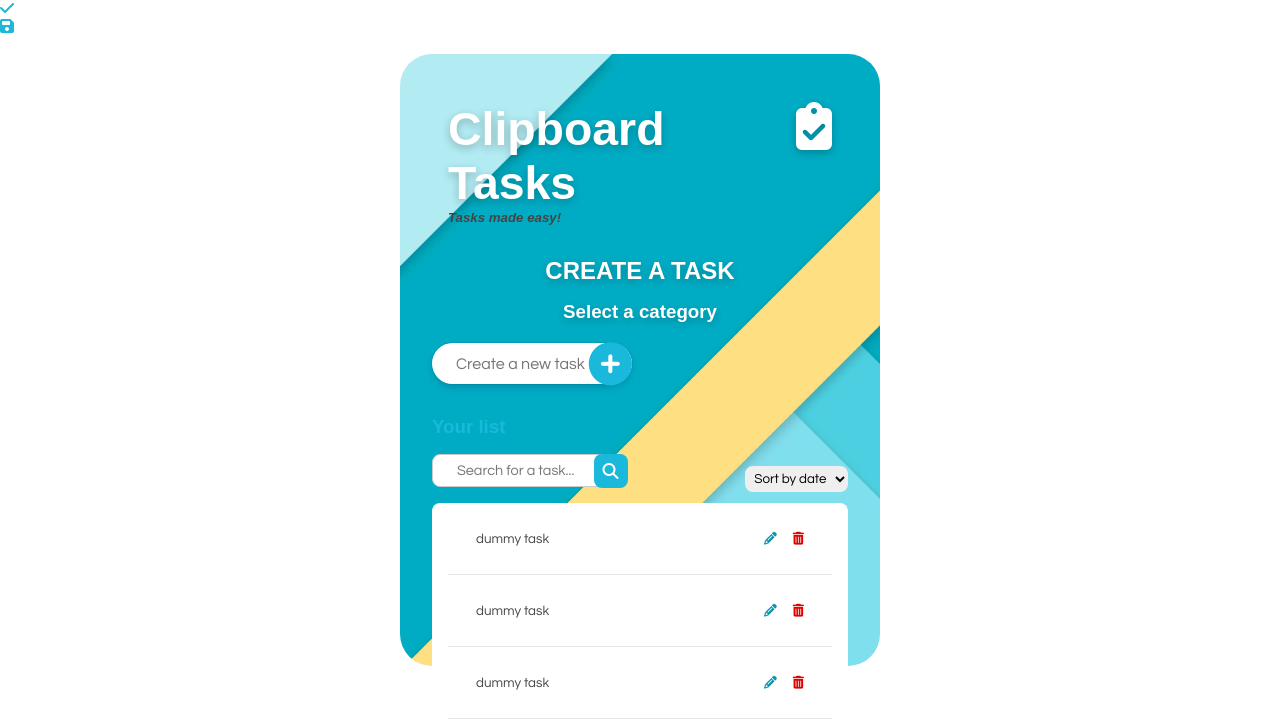
Repository: WesleyErasmus/Todo-App
Page: todoApp.html
An editor plug-in stored every save of this project. The page is shown before and after the next save, followed by the edit.
The browser window is 1280 px wide. The pictures show the whole page.
Some web fonts or font styles are not loaded; a fallback is used. Some web libraries are served in a nearby version.

Above is the page before, as saved 2022-06-12 16:31:12.

### todoApp.html
<!DOCTYPE html>
<html lang="en">
<head>
    <meta charset="UTF-8">
    <meta http-equiv="X-UA-Compatible" content="IE=edge">
    <meta name="viewport" content="width=device-width, initial-scale=1.0">
    <title>Todo App</title>
    <script src="https://kit.fontawesome.com/81ea498f91.js" crossorigin="anonymous"></script>
    <link rel="stylesheet" href="/source/css/todoApp.css">
    <script src="/source/script/todoApp.js" defer></script>
</head>
<body>
    <!-- App wrapper -->
    <main class="app-wrapper">
        <!-- App header -->
        <header>
            <div>
            <h1 class="slogan">Clipboard Tasks</h1>
            <h5 class="slogan-2"><em>Tasks made easy!</em></h5>
            </div>
            <div id="jumbotron-logo"><i class="fa-solid fa-clipboard-check fa-3x"></i></div>
        </header>

        <h2 id="create-task-heading">CREATE A TASK</h2>

        <!-- Categories section -->
        <section>
        <form id="todo-list-form">
            <h3 class="category-heading">Select a category</h3>

            <div class="new-categories">



            </div>

            <div class="category-selectors">
                <!-- Personal category (make to assign as default, unless user selects work category) -->
                <!-- <label id="personal-label-btn">
                    <input type="radio" name="category" value="Personal" id="personal-category" />
                    <div>Personal</div>
                </label> -->
                <!-- Work category -->
                <!-- <label id="work-label-btn">
                    <input type="radio" name="category" value="Work" id="work-category" />
                    <div>Work</div>
                </label>
            </div> -->
            <!-- End of radio categories div -->
            <div class="create-submit">
            <input type="text" name="create-task" id="create-task" placeholder="Create a new task" />
            <button id="task-submit-btn" type="submit" value="create-new-task">
                <i class="fa-solid fa-circle-plus"></i>
            </button>
        </div>
        </form>
        </section>

        <!-- Task list is created here, new tasks are outputted below -->
        <section class="todo-list-output">
            <div id="list-header">
            <h3>Your list</h3>
            </div>
            <!-- SEARCH BAR -->
            <div id="search-filter-section">
                <form id="search-bar">
                <input type="text"
                id="search-bar"
                placeholder="Search for a task...">
                <button type="submit"><i class="fa fa-search"
                id="search-submit-btn"></i></button>
                </form>
                <!-- Classic filter dropdown -->
                <div>
                    <select name="filter" id="filter">
                    <option value="Date">Sort by date</option>
                    <option value="Name">Sort by title</option>
                    </select>
                    <!-- <i class="fa-solid fa-arrow-down-wide-short"></i> -->
                </div>

                </div>
            <!-- Actual task list output -->
            <div class="tasks" id="tasks">

                <div class="dummy-task">

                    <div class="task-name">
                        <input type="text"
                        class="text"
                        value="dummy task"
                        readonly>
                        <div class="edit-delete">
                            <button class="edit"><i class="fa-solid fa-pencil"></i></button>
                            <button class="delete"><i class="fa fa-trash" aria-hidden="true"></i></button>
                        </div>
                    </div>
                </div>

                <div class="dummy-task">

                    <div class="task-name">
                        <input type="text"
                        class="text"
                        value="dummy task"
                        readonly>
                        <div class="edit-delete">
                            <button class="edit"><i class="fa-solid fa-pencil"></i></button>
                            <button class="delete"><i class="fa fa-trash" aria-hidden="true"></i></button>
                        </div>
                    </div>
                </div>

                <div class="dummy-task">

                    <div class="task-name">
                        <input type="text"
                        class="text"
                        value="dummy task"
                        readonly>
                        <div class="edit-delete">
                            <button class="edit"><i class="fa-solid fa-pencil"></i></button>
                            <button class="delete"><i class="fa fa-trash" aria-hidden="true"></i></button>
                        </div>
                    </div>
                </div>

            </div>

        </section>

    </main> <!-- End of App wrapper -->
        <!-- Save icon and task complete icon -->
                <li><i class="fa-solid fa-check"></i></li>
                <li><i class="fa-solid fa-floppy-disk"></i></li>

</body>
</html>

### source/css/todoApp.css
@import url('https://fonts.googleapis.com/css2?family=Lexend+Tera:wght@100&family=Questrial&display=swap');


/* CSS Variables */
:root {
    --background-color: #fff;
    --primary: #1AB8DB;
    --secondary: #1593AF;
    --delete: #E50000;
    --grey: #ccc9c9;
    --dark-grey: #444444;

    --text-shadows: text-shadow: rgba(0, 0, 0, 0.24) 0px 3px 8px;
    --box-shadows: box-shadow: rgba(9, 30, 66, 0.25) 0px 4px 8px -2px, rgba(9, 30, 66, 0.08) 0px 0px 0px 1px;

    /* add linear gradients */
}

/* Universal selector styling */
* {
    box-sizing: border-box;
    margin: 0;
    padding: 0;
    font-family: 'Lexend Tera', sans-serif;
    list-style: none;
}

/* Below will remove input and checkbox default styling */
input:not([type="radio"]):not([type="checkbox"]), button {
	appearance: none;
	border: none;
	outline: none;
	background: none;
	cursor: initial;
}

/* *** UNIVERSAL BUTTON STYLING *** */
button {
	appearance: none;
	border: none;
	outline: none;
	background: none;
	cursor: initial;
    cursor: pointer;
}

body {
    background-color: var(--background-color);
    color: var(--primary);
}

main {
    padding-top: 2rem;
    background-color: var(--secondary);
    background-image: url(/images/bg-1.jpg);
    background-size: cover;
    background-position: center;
    background-repeat: no-repeat;
    border-radius: 2rem;
    padding-left: 2rem;
    padding-right: 2rem;
    flex: 1 1 0%;
    align-items: center;
    justify-content: center;
    max-width: 480px;
    height: 85vh;
    width: 100%;
    position: absolute;
    top: 50%;
    left: 50%;
    margin-right: -50%;
    transform: translate(-50%, -50%)
}

section {
    margin-top: 1rem;
    margin-bottom: 2rem;
}

header {
    display: flex;
    justify-content: space-between;
    padding: 1rem;
    border-radius: 1rem;
    /* add gradient color to font and logo */
}
.slogan {
    color: #fff;
    font-family: 'Lexend Tera', sans-serif;
    font-size: 2.9rem;
    text-shadow: rgba(0, 0, 0, 0.24) 0px 3px 8px;
    /* -webkit-background-clip: text;
    -webkit-text-fill-color: transparent; */
}
.slogan-2 {
    color: #444444;
}

#jumbotron-logo {
    color: #fff;
    text-shadow: rgba(0, 0, 0, 0.24) 0px 3px 8px;
}
/* create task H3 styling*/
#create-task-heading {
    color: var(--background-color);
    margin-top: 1rem;
    text-align: center;
    text-shadow: rgba(0, 0, 0, 0.24) 0px 3px 8px;
}
/* Select category h2 styling */
.category-heading {
    color: var(--background-color);
    text-align: center;
    margin-bottom: 0.75rem;
    text-shadow: rgba(0, 0, 0, 0.24) 0px 3px 8px;
}

/* Work / personal category selector styling */
.category-selectors {
    display: grid;
    grid-template-columns: repeat(2, 1fr);
    grid-gap: 1rem;
    margin-bottom: 1rem;
}

label {
    font-family: 'Karla', sans-serif;
    font-weight: 590;
}

.category-selectors label{
    display: flex;
    flex-direction: column;
    justify-content: center;
    align-items: center;
    background-color: var(--primary);
    padding: 1rem 2rem;
    border-radius: 999999px;
    color: #fff;
    box-shadow: var(--box-shadows);
}

/* change the below id to #work-category-btn */
#work-label-btn {
    font-family: 'Karla', sans-serif;
    background-color: var(--grey);
}

#create-task {
    font-family: 'Questrial', sans-serif;
	display: block;
	width: 100%;
	font-size: 1rem;
	padding: 0.79rem 1.5rem;
    padding-right: 0rem;
	color: var(--dark-grey);
	background-color: var(--background-color);
    box-shadow: rgba(9, 30, 66, 0.25) 0px 4px 8px -2px, rgba(9, 30, 66, 0.08) 0px 0px 0px 1px;
    border-radius: 9999px;

}

/* change to task add btn */
#task-submit-btn{
    position: absolute;
    display: block;
    right: 0rem;
    bottom: -0.5px;
    border: none;
    background-color: transparent;
    color: var(--primary);
}

.fa-circle-plus {
    font-size: 2.7rem;
}

/* add gradient color to fa-logo */

.create-submit {
    position: relative;
    display: flex;
    justify-content: center;
    align-items: center;
    text-align: center;
    margin-top: 0.5rem;
}

.create-task {
    text-align: center;
}

#list-header {
width: 80%;
display: flex;
justify-content: space-between;
margin-bottom: 1rem;
}

#search-filter-section {
    display: flex;
    margin: 0 auto;
    justify-content: space-between;
    margin-top: 1rem;
    text-align: center;
    align-items: center;
}

#search-bar {
    position: relative;
    display: flex;
    justify-content: center;
    align-items: center;
    width: 47%;
}

#search-bar input{
    font-family: 'Questrial', sans-serif;
	display: block;
	width: 100%;
	font-size: 0.9rem;
	padding: 0.50rem 1.5rem;
    padding-right: 0rem;
	color: var(--dark-grey);
	background-color: var(--background-color);
    border: 0.1px solid var(--grey);
    border-radius: 0.5rem;
    margin-bottom: 1rem;
}

#search-submit-btn {
    position: absolute;
    display: block;
    right: 0rem;
    top: 0;
    background-color: var(--primary);
    border-top-left-radius: 0.5rem;
    border-bottom-left-radius: 0.5rem;
    border-top-right-radius: 0.5rem;
    border-bottom-right-radius: 0.5rem;
    padding: 0.56rem;
    color: #fff;
}

/* Font-awesome search icon styling */
.fa-search {
    font-size: 1rem;
    color: var(--primary);
}

/* Filter styling */
.filter {
    font-family: 'Questrial', sans-serif;
    font-size: 1.1rem;
    font-weight: 500;
    color: var(--secondary);
    text-shadow: var(--text-shadows);
}

.fa-arrow-down-wide-short {
    color: var(--primary);
}

select {
    margin-left: 0.3rem;
    padding: 0.3rem;
    border: none;
    outline: 0;
    /* border: 1px var(--grey) solid; */
    border-radius: 0.5rem;
    font-family: 'Questrial', sans-serif;
    box-shadow: var(--box-shadows);
}
option {
    font-family: 'Questrial', sans-serif;
}

#tasks {
    border-radius: 0.5rem;
    background-color: #fff;
}

#tasks .task-name {
    display: flex;
    justify-content: space-between;
    background-color: var(--background-color);
    padding: 1.75rem;
    background-color: #fff;
    margin-bottom: 0rem;
    margin: 0 1rem;
    border-bottom: 0.01px solid rgba(229, 225, 225, 0.919);
}

.dummy-task .task-name {
    flex: 1 1 0%;
}

.dummy-task .task-name .text {
    color: var(--dark-grey);
    font-family: 'Questrial', sans-serif;
    width: 100%;
    display: block;
    transition: 0.4s;
}

.dummy-task .edit-delete {
    display: flex;
    margin: 0 -0.5rem;

}

/* Edit button styling */

.fa-pencil {
    color: var(--secondary);
}

.fa-trash {
    color: var(--delete);
}

.dummy-task .edit-delete button {
    cursor: pointer;
    margin: 0 0.5rem;
    font-size: 0.8rem;
    font-weight: 700;
    text-transform: uppercase;
    transition: 0.4s;
}



/* SMILEY TOGGLE */

@import url('https://fonts.googleapis.com/css?family=Roboto:700,900');

/* $ratingGreyColor: #d0cccd;
$ratingBlueColor: #00b9ee;
$ratingDarkColor: #555e63; */

.normal-container {
	position: absolute;
	height: 100%;
	width: 100%;
}

.smile-rating-container {
	position: relative;
	height: 10%;
	min-width: 220px;
	max-width: 520px;
	margin: auto;
	font-family: 'Roboto', sans-serif;
	top: 20%;
}

.submit-rating {
	display: flex;
	align-items: center;
	justify-content: center;
}
.rating-label {
	position: relative;
	font-size: 1.6em;
	text-align: center;
	flex: 0.34;
	z-index: 3;
	font-weight: bold;
	cursor: pointer;
	transition: 500ms;
}
.rating-label-fun {
	left: -58px;
	text-align: right;
}
.rating-label-meh {
	left: 58px;
	text-align: left;
	color: #222;
}
.smile-rating-container input {
	display: none;
}

.toggle-rating-pill {
	position: relative;
	height: 65px;
	width: 165px;
	border-radius: 500px;
	transition: all 500ms;
}

.smile-rating-toggle {
	position: absolute;
	width: 54px;
	height: 54px;
	background-color: white;
	left: 182px;
	border-radius: 500px;
	transition: all 500ms;
	z-index: 4;
}
.rating-eye {
	position: absolute;
	height: 12px;
	width: 8px;
	top: 22px;
	background: $ratingGreyColor;
	border-radius: 500px;
	z-index: 5;
	transition: all 440ms;
	animation: blink-eye 3s infinite;
}
.rating-eye-left {
	left: 192px;
}
.rating-eye-right {
	left: 216px;
}

.mouth {
	position: absolute;
	width: 28px;
	height: 20px;
	z-index: 6;
	border-radius: 10%;
	border-bottom-color: rgba(1,1,1,0);
	border-right-color: rgba(1,1,1,0);
	border-left-color: rgba(1,1,1,0);
	top: 42px;
	left: 190px;
	transition: all 500ms;
}

/*
Toggle Changes
*/

#fun:checked~.mouth {
	border-bottom-color: rgba(1,1,1,0);
	border-right-color: rgba(1,1,1,0);
	border-left-color: rgba(1,1,1,0);
	top: 23px;
	left: 291px;
	transform: rotateX(180deg);
	border-radius: 100%;
}

#fun:checked~.rating-label-fun {
	color: $ratingDarkColor;
}
#fun:checked~.smile-rating-toggle {
	left: 282px;
}

#fun:checked~.rating-eye-left {
	left: 292px;
}
#fun:checked~.rating-eye-right {
	left: 316px;
}


@media only screen and (max-width:524px) {
	.normal-container {
		position: absolute;
		height: 100%;
		width: 100%;
	}
	.smile-rating-container {
		position: relative;
		height: 10%;
		width: 490px;
		margin: auto;
		font-family: 'Roboto', sans-serif;
		top: 20%;
	}

	.submit-rating {
		display: flex;
		align-items: center;
		justify-content: center;
	}
	.rating-label {
		position: relative;
		font-size: 1.6em;
		text-align: center;
		flex: 0.34;
		z-index: 3;
		font-weight: bold;
		cursor: pointer;
		color: $ratingGreyColor;
		transition: 500ms;
	}
	.rating-label:hover, .rating-label:active {
		color: $ratingGreyColor;
	}
	.rating-label-fun {
		left: -58px;
		text-align: right;
	}
	.rating-label-meh {
		left: 50px;
		text-align: left;
		color: #222;
	}
	.smile-rating-container input {
		display: none;
	}

	.smile-rating-toggle-container {

	}

	.toggle-rating-pill {
		position: relative;
		height: 65px;
		width: 165px;
		background: $ratingGreyColor;
		border-radius: 500px;
		transition: all 500ms;
	}

	.smile-rating-toggle {
		position: absolute;
		width: 54px;
		height: 54px;
		background-color: white;
		left: 168px;
		border-radius: 500px;
		transition: all 500ms;
		z-index: 4;
	}
	.rating-eye {
		position: absolute;
		height: 12px;
		width: 8px;
		background: $ratingGreyColor;
		border-radius: 500px;
		top: 22px;
		z-index: 5;
		transition: all 440ms;
	}
	.rating-eye-left {
		left: 180px;
	}
	.rating-eye-right {
		left: 201px;
	}

	.mouth {
		position: absolute;
		width: 28px;
		height: 20px;
		z-index: 6;
		border: 4px solid $ratingGreyColor;
		border-radius: 10%;
		border-bottom-color: rgba(1,1,1,0);
		border-right-color: rgba(1,1,1,0);
		border-left-color: rgba(1,1,1,0);
		top: 42px;
		left: 177px;
		transition: all 500ms;
	}

	/*
	Toggle Changes
	*/

	#meh:checked~.rating-label-meh {
		color: $ratingDarkColor;
	}
	#fun:checked~.rating-label-meh {
		color: $ratingGreyColor;
	}
	#fun:checked~.mouth {
		border: 4px solid $ratingBlueColor;
		border-bottom-color: rgba(1,1,1,0);
		border-right-color: rgba(1,1,1,0);
		border-left-color: rgba(1,1,1,0);
		top: 23px;
		left: 275px;
		transform: rotateX(180deg);
		border-radius: 100%;
	}

	#fun:checked~.rating-label-fun {
		color: $ratingDarkColor;
	}
	#fun:checked~.smile-rating-toggle {
		left: 266px;
	}

	#fun:checked~.rating-eye-left {
		left: 275px;
	}
	#fun:checked~.rating-eye-right {
		left: 300px;
	}

	#fun:checked~.toggle-rating-pill {
		background-color: $ratingBlueColor;
	}

	#fun:checked~.rating-eye {
		background-color: $ratingBlueColor;
	}

}

### source/script/todoApp.js
// *** FILTER BTN SCRIPT ***

/* When the user clicks on the button,
toggle between hiding and showing the dropdown content */
// function myFunction() {
//     document.getElementById("myDropdown").classList.toggle("show");
//   }

//   // Close the dropdown if the user clicks outside of it
//   window.onclick = function(event) {
//     if (!event.target.matches('.dropbtn')) {
//       var dropdowns = document.getElementsByClassName("dropdown-content");
//       var i;
//       for (i = 0; i < dropdowns.length; i++) {
//         var openDropdown = dropdowns[i];
//         if (openDropdown.classList.contains('show')) {
//           openDropdown.classList.remove('show');
//         }
//       }
//     }
//   }
//   *** END OF FILTER BUTTON ***

After the next save:
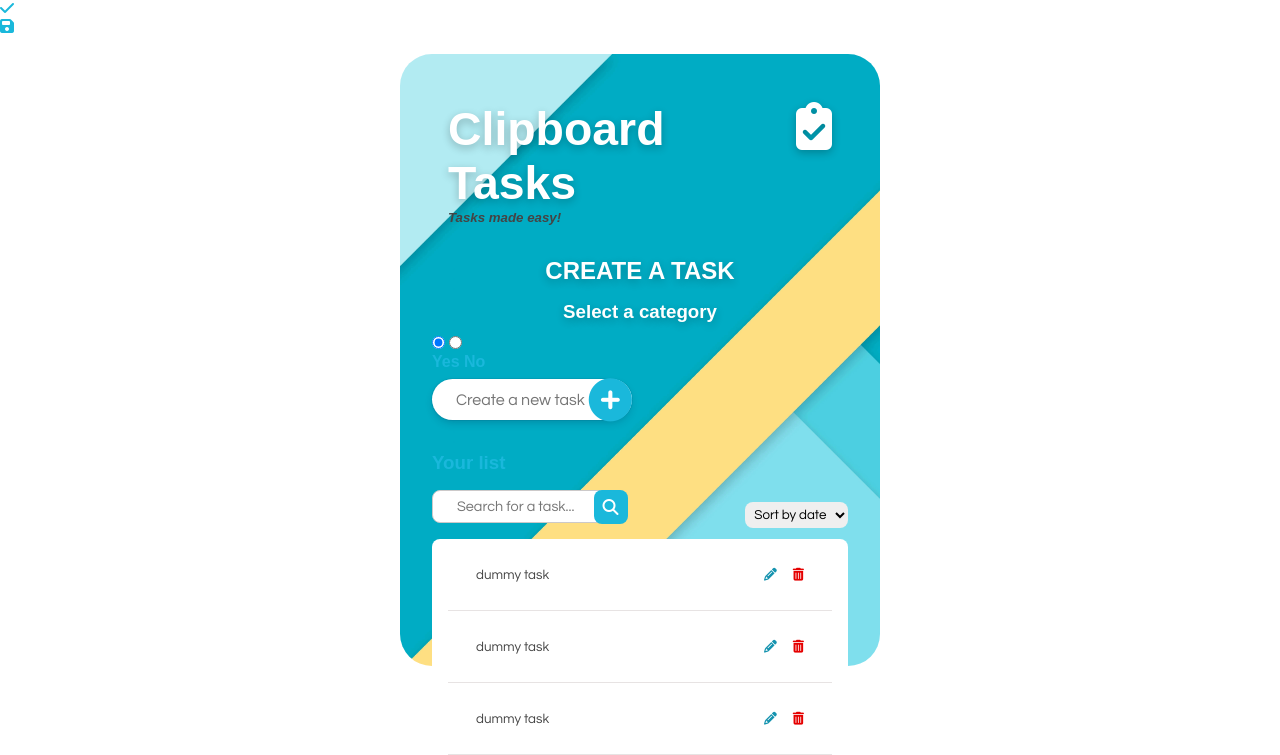
Saved 3 min 19 s later.
--- a/todoApp.html
+++ b/todoApp.html
@@ -30,7 +30,15 @@
 
             <div class="new-categories">
 
-
+                <div class="toggle-radio">
+                    <input type="radio" name="rdo" id="yes" checked>
+                    <input type="radio" name="rdo" id="no">
+                    <div class="switch">
+                      <label for="yes">Yes</label>
+                      <label for="no">No</label>
+                      <span></span>
+                    </div>
+                  </div>
 
             </div>
 
